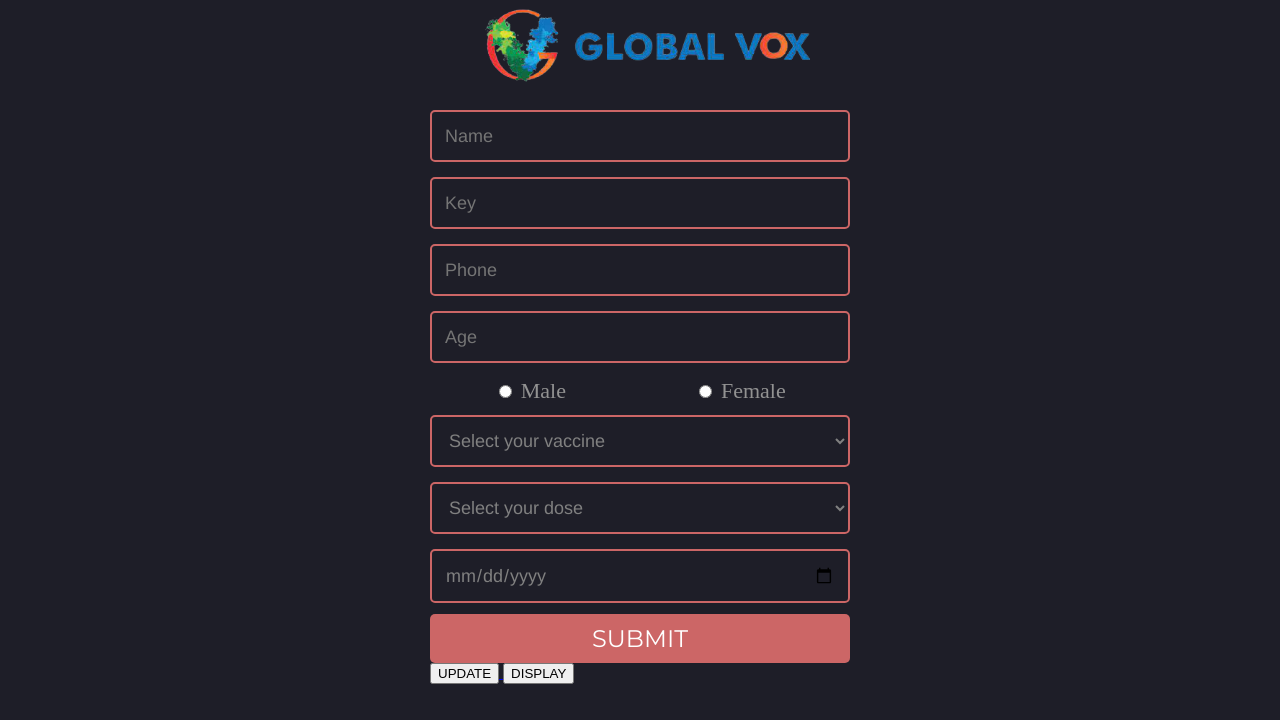
Repository: TheDARKFURY/Hyperledger-Fabric-Covid-Vaccine-Tracker-
Page: eclipse-workspace/FebDemoNew/src/main/webapp/index.html
The author's editor kept a copy of each file at every save. The page is drawn from the files as they stood at one save, then again after the next save.
The browser window is 1280 px wide. The pictures show the whole page.

Above is the page before, as saved 2022-02-25 11:28:27.

After the next save:
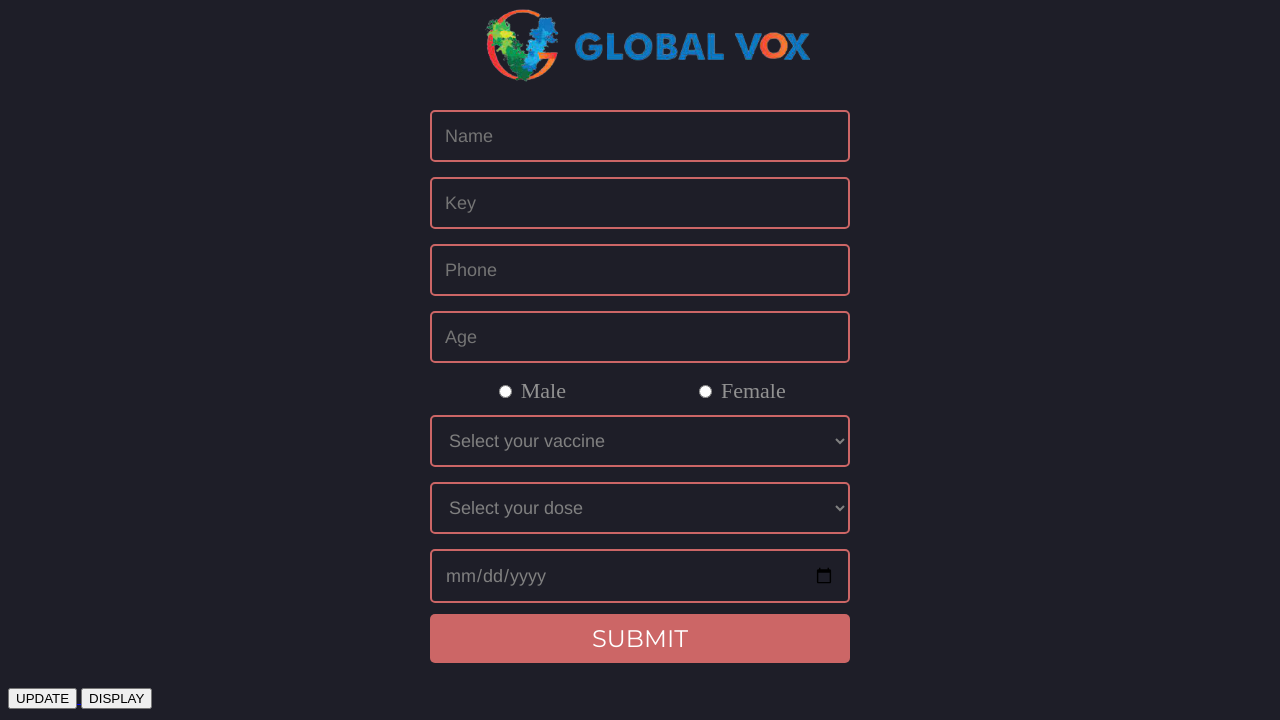
Saved 28 s later.
--- a/eclipse-workspace/FebDemoNew/src/main/webapp/index.html
+++ b/eclipse-workspace/FebDemoNew/src/main/webapp/index.html
@@ -55,7 +55,11 @@
 
 
   <input type="submit" value="SUBMIT"/>
-  <a href="update.html">
+
+
+</form>
+
+ <a href="update.html">
     <button>UPDATE</button>
 </a>
 
@@ -63,10 +67,6 @@
         <button>DISPLAY</button>
 </a>
 
-</form>
-
-
-
 
 
 </body>
